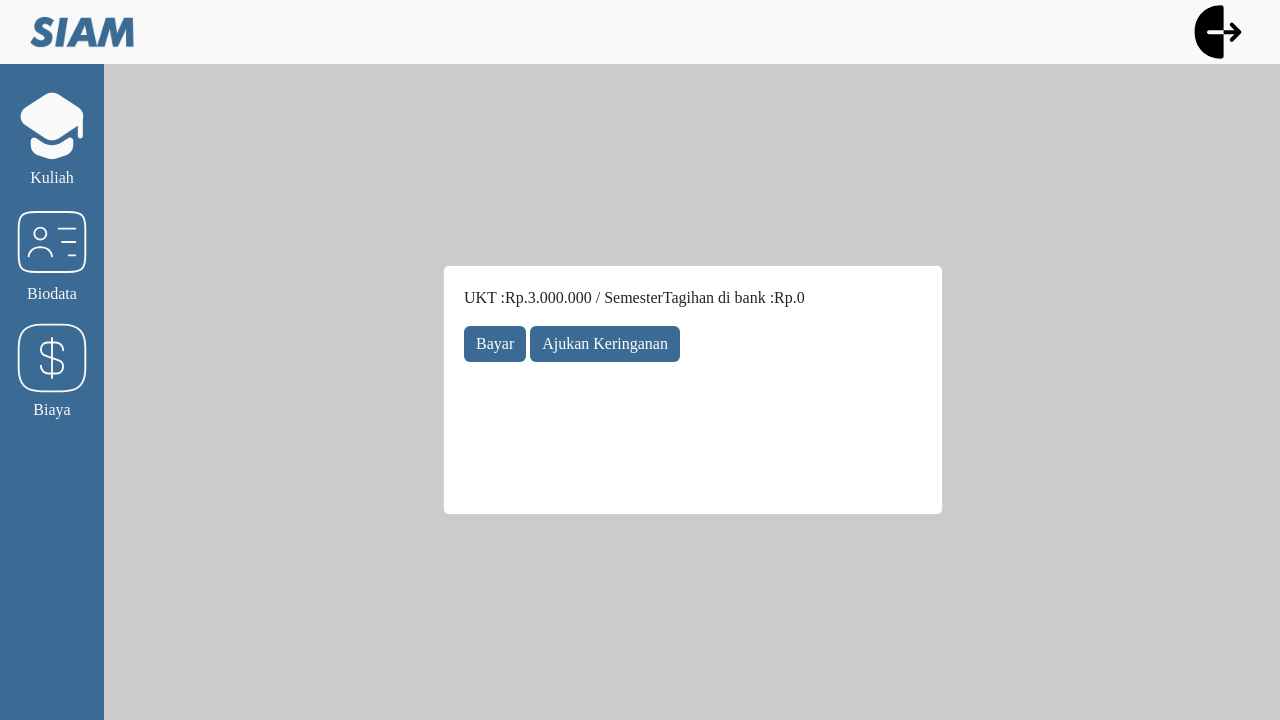
Repository: haikalirf/Project-IMK
Page: biaya.html
These files come from the project's save history. The page is drawn as it stood at one moment and after the next save; the edit follows.
The browser window is 1280 px wide. The pictures show the whole page.
Some web fonts or font styles are not loaded; a fallback is used.

Above is the page before, as saved 2022-12-16 18:41:26.
Not found: scripts/.js

After the next save:
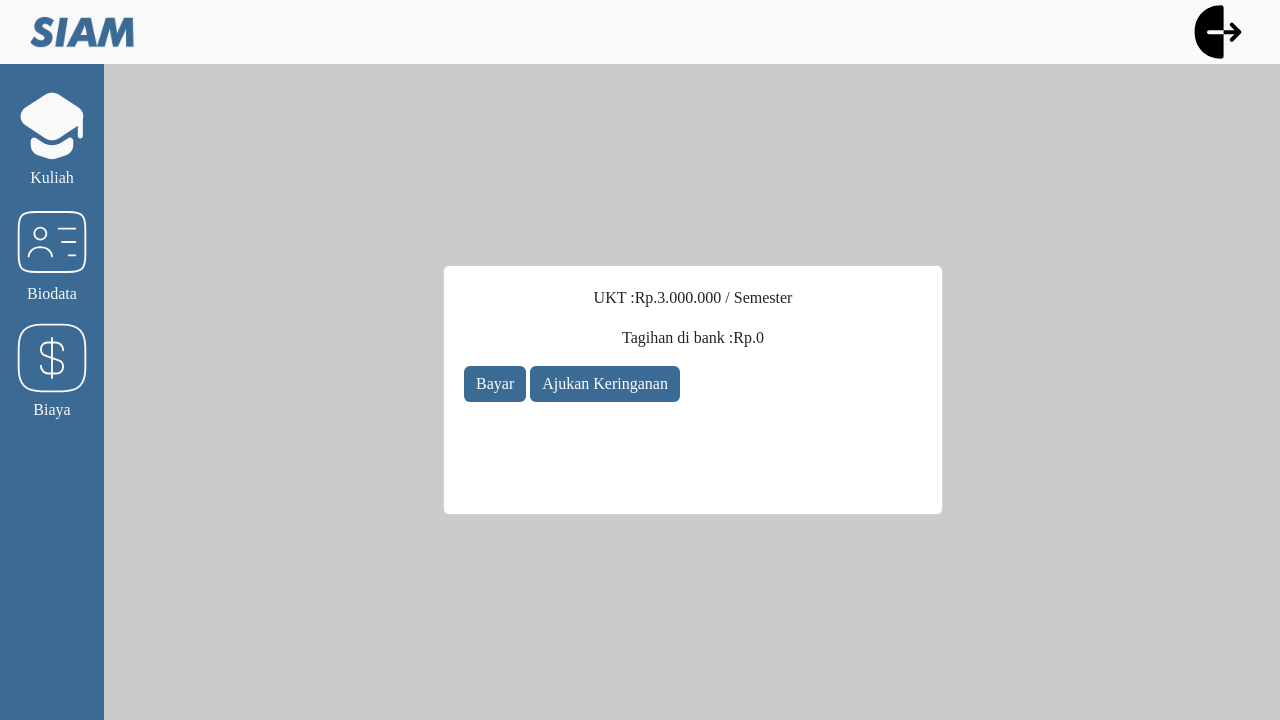
Saved 11 s later.
--- a/styles/biaya.css
+++ b/styles/biaya.css
@@ -121,7 +121,8 @@ a img, a label {
 
 .card-top {
 	display: flex;
-	align-items: ;
+	flex-direction: column;
+	align-items: center;
 }
 
 .text-group {
